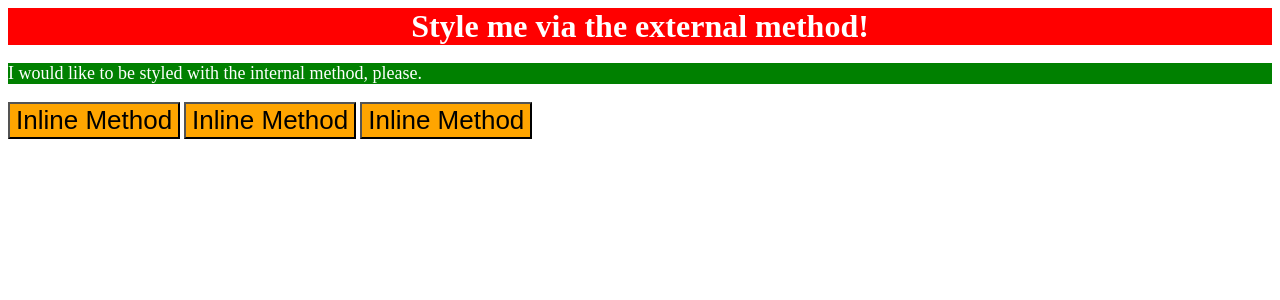
Repository: Spencertainty/practice-time
Page: css-exercises/foundations/01-css-methods/solution/solution.html
An editor plug-in stored every save of this project. The page is shown before and after the next save, followed by the edit.
The browser window is 1280 px wide. The pictures show the whole page.

Above is the page before, as saved 2023-12-01 22:26:36.

### css-exercises/foundations/01-css-methods/solution/solution.html
<!DOCTYPE html>
<html lang="en">
  <head>
    <meta charset="UTF-8">
    <meta http-equiv="X-UA-Compatible" content="IE=edge">
    <meta name="viewport" content="width=device-width, initial-scale=1.0">
    <title>Methods for Adding CSS</title>
    <link rel="stylesheet" href="solution.css">

    <style>
      p {
        background-color: green;
        color: white;
        font-size: 18px;
      }
      button {
        background-color: orange; font-size: 26px;
      }
    </style>
  </head>
  <body>
    <div>Style me via the external method!</div>
    <p>I would like to be styled with the internal method, please.</p>
    <button >Inline Method</button>
    <button >Inline Method</button>
    <button >Inline Method</button>
  </body>
</html>

Loaded but not shown: css-exercises/foundations/01-css-methods/solution/solution.css (common file)

After the next save:
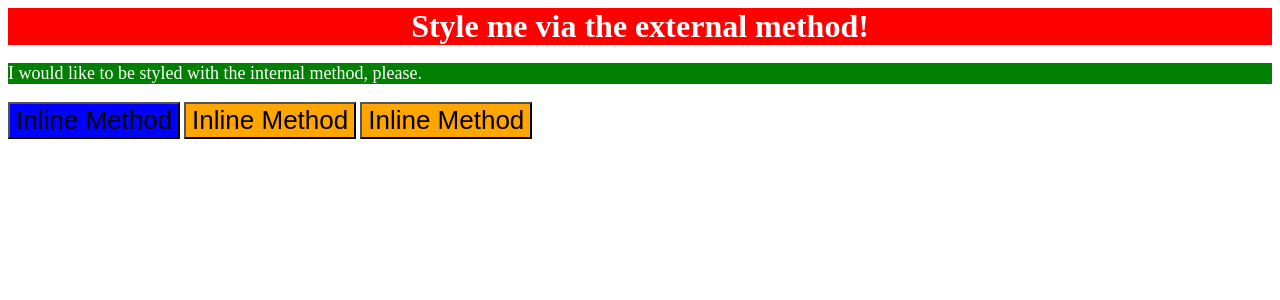
Saved 37 s later.
--- a/css-exercises/foundations/01-css-methods/solution/solution.html
+++ b/css-exercises/foundations/01-css-methods/solution/solution.html
@@ -21,7 +21,7 @@
   <body>
     <div>Style me via the external method!</div>
     <p>I would like to be styled with the internal method, please.</p>
-    <button >Inline Method</button>
+    <button style="background-color: blue;">Inline Method</button>
     <button >Inline Method</button>
     <button >Inline Method</button>
   </body>
